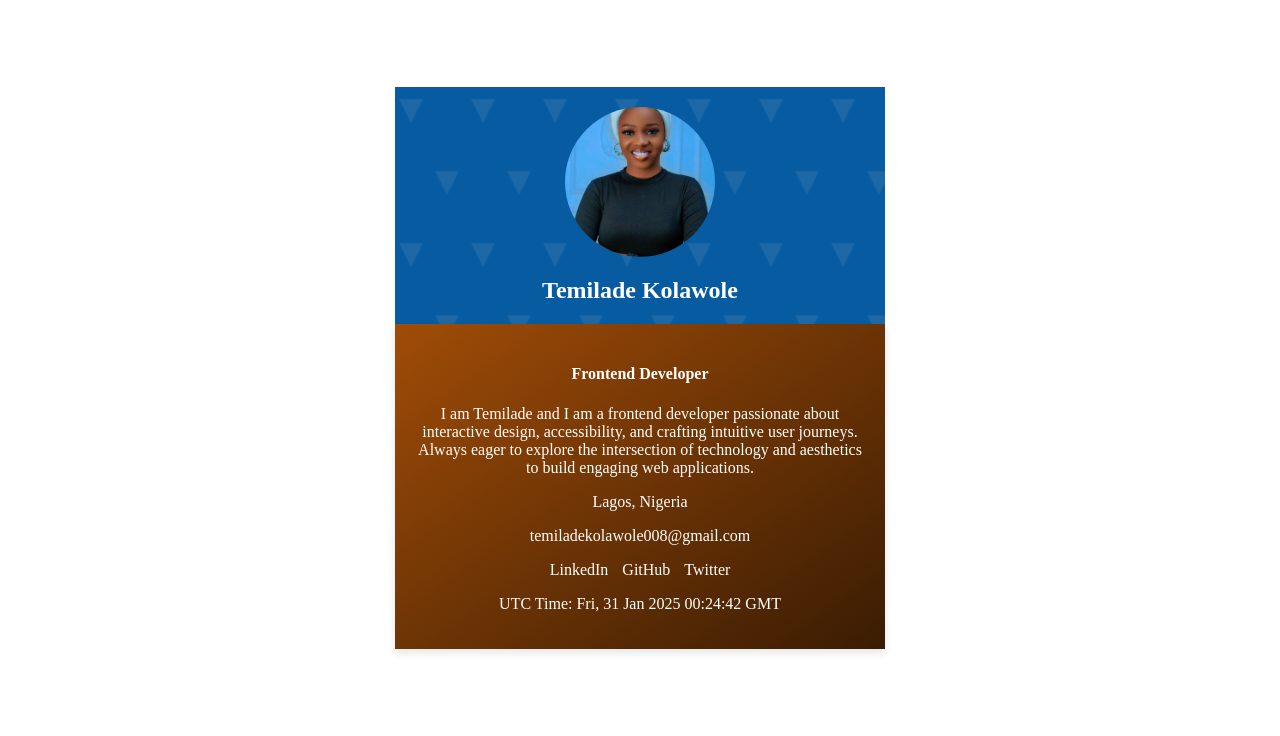
Repository: KolawoleTemilade/ticket-guarantor
Page: profilecard/index..html
These files come from the project's save history. The page is drawn as it stood at one moment and after a run of saves; the edit follows.
The browser window is 1280 px wide. The pictures show the whole page.

Above is the page before, as saved 2025-02-05 00:46:22.

After the next 2 saves:
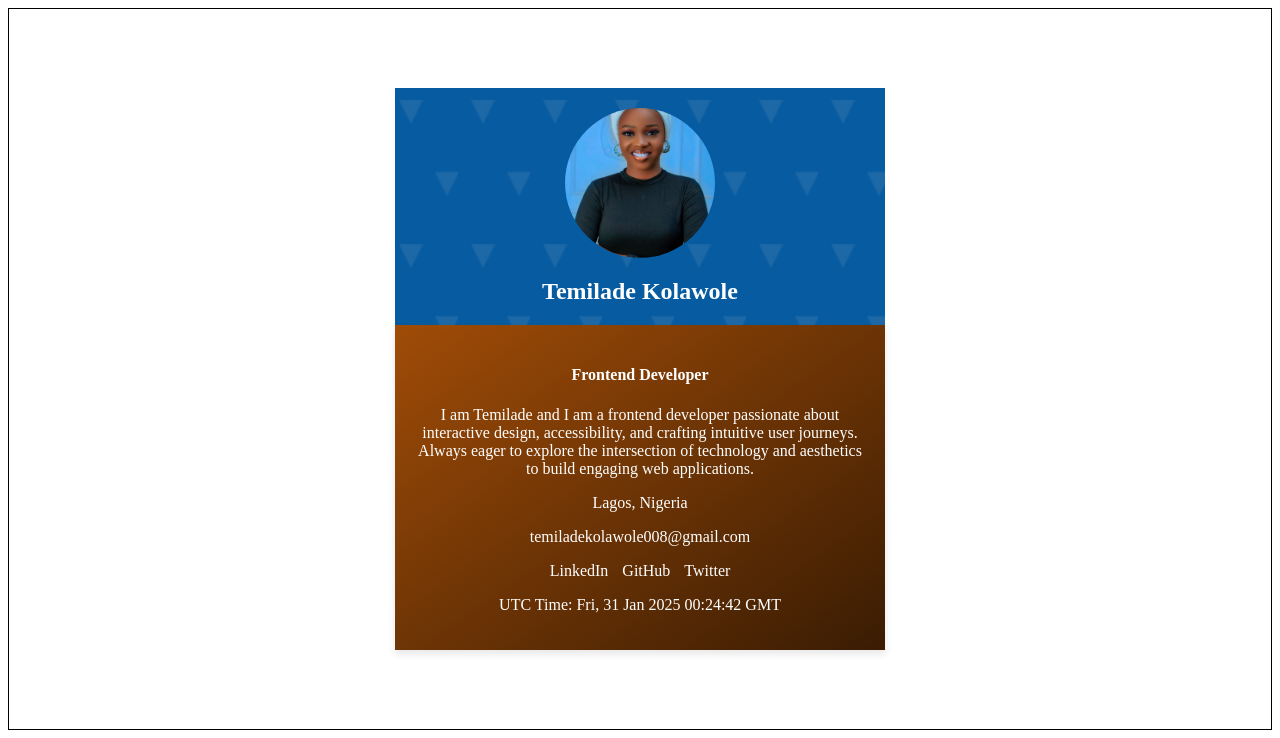
The 2 saves are shown as one change because they came seconds apart.
The last was saved 7 s later.
--- a/profilecard/style.css
+++ b/profilecard/style.css
@@ -3,7 +3,8 @@ body {
   align-items: center;
   justify-content: center;
   height: 100vh;
-  border: 1px solid b;
+  border: 1px solid ;
+
 }
 
 .card {
